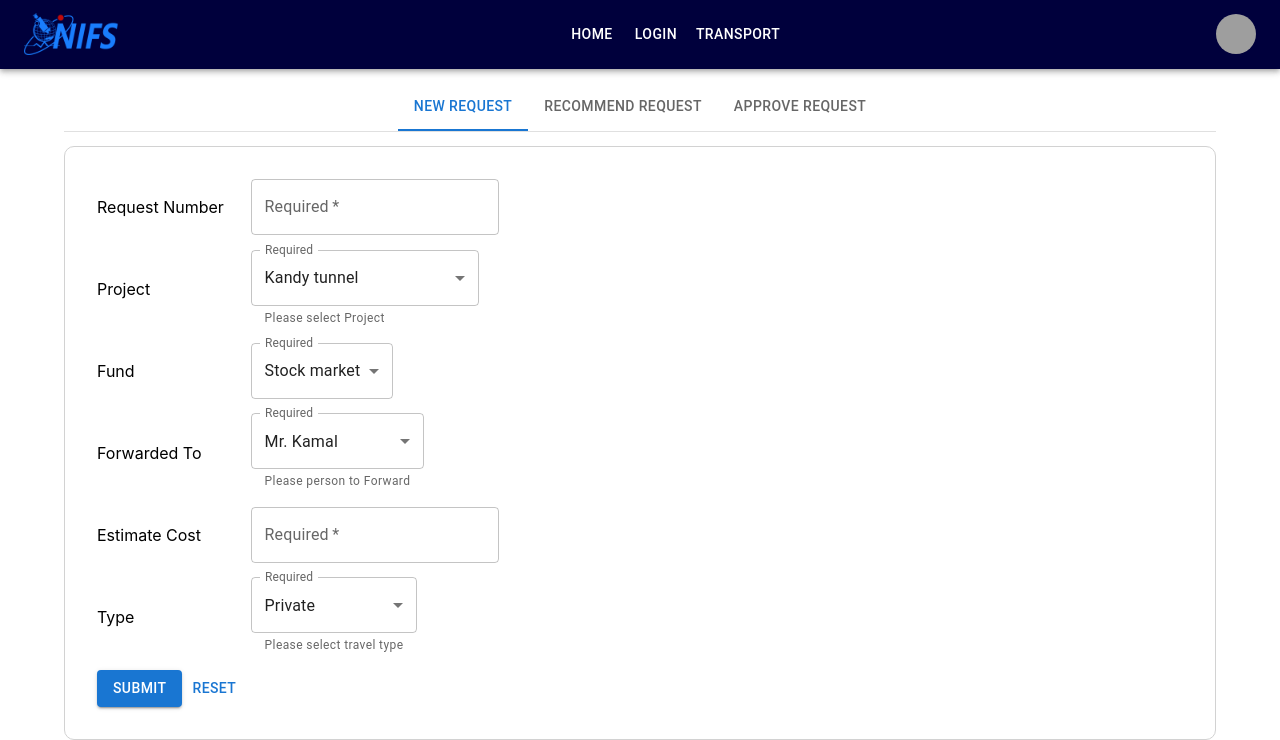
Repository: Ravindu97/NIFS_WebApplication
Page: /transport (app in client/)
The author's editor kept a copy of each file at every save. The page is drawn from the files as they stood at one save, then again after the next save.
The browser window is 1280 px wide. The pictures show the whole page.
Pictures or frames that could not be fetched are drawn as grey boxes. The project was rebuilt for these pictures with package versions that can differ from the ones it lists, and the page was loaded fresh each time. Also part of the build but not shown: client/src/pages/Home.js, client/src/pages/Login.js, client/src/components/Transport/RecommendedRequest.js, client/src/components/Transport/ApproveRequest.js.

Above is the page before, as saved 2022-07-01 00:12:37.

After the next save:
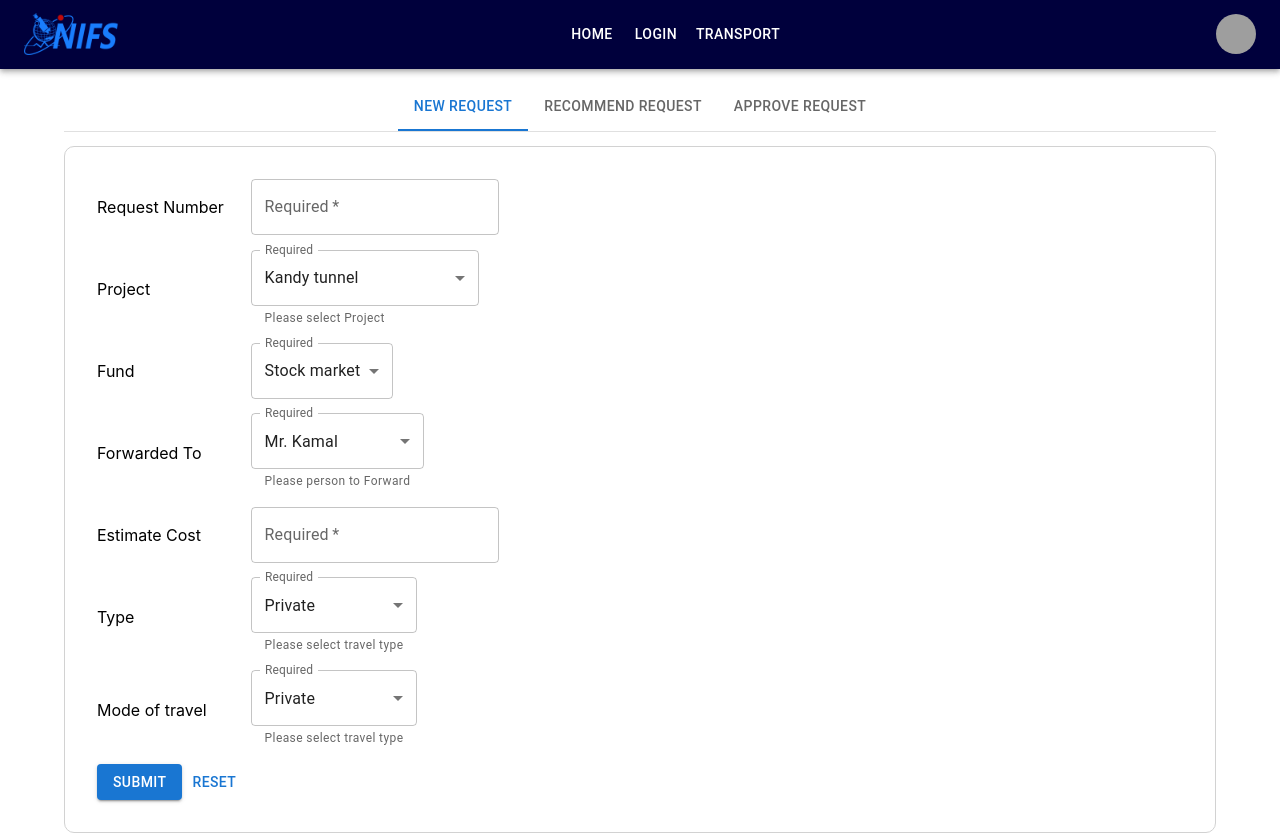
Saved 17 s later.
--- a/client/src/components/Transport/NewRequest.js
+++ b/client/src/components/Transport/NewRequest.js
@@ -146,6 +146,24 @@ function NewRequest() {
 				</div>
 
 				{/* Travel mode */}
+
+				<div className="input-fields">
+					<label>Mode of travel</label>
+					<TextField
+						id="outlined-select-forward-native"
+						select
+						label="Required"
+						name="travelMode"
+						{...register('travelMode', { required: true })}
+						SelectProps={{
+							native: true,
+						}}
+						helperText="Please select travel type"
+					>
+						<option value="private">Private</option>
+						<option value="official">Official</option>
+					</TextField>
+				</div>
 
 				{/* submit button */}
 				<Button type="submit" variant="contained">
